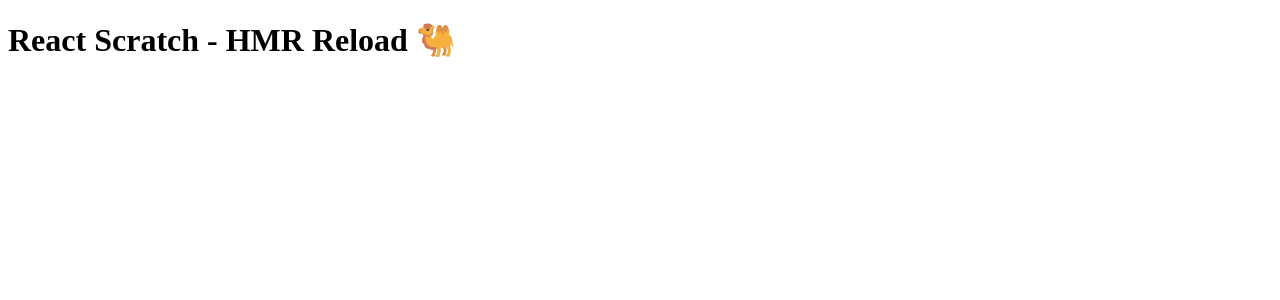
Repository: Chelle77322/ReactScratch
Page: /
An editor plug-in stored every save of this project. The page is shown before and after the next save, followed by the edit.
The browser window is 1280 px wide. The pictures show the whole page.
The project was rebuilt for these pictures with package versions that can differ from the ones it lists, and the page was loaded fresh each time. Also part of the build but not shown: webpack.config.js.

Above is the page before, as saved 2022-12-26 12:16:11.

### public/index.html
<!DOCTYPE html>
<html lang="en">
<head>
  <meta charset="UTF-8">
  <meta name="viewport" content="width=device-width, initial-scale=1.0">
  <title>React App From Scratch</title>
</head>
<body>

  <div id="root"></div>

</body>
</html>

### src/index.js
import React from 'react';
import ReactDOM from 'react-dom';
class App extends React.Component {
  render() {
    return <h1>React Scratch - HMR Reload 🐫</h1>;
    return <p>You did it 🤟 </p>;
    ;
  }
}
ReactDOM.render(<App />, document.getElementById('root'));

After the next save:
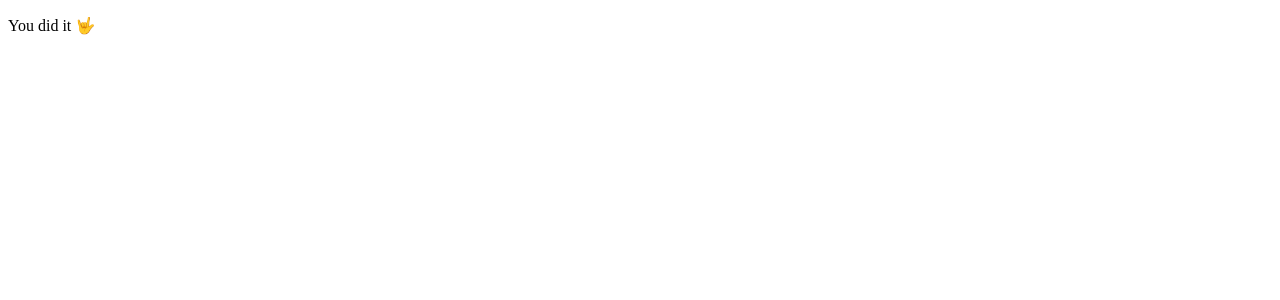
Saved 45 s later.
--- a/src/index.js
+++ b/src/index.js
@@ -2,8 +2,8 @@
 import ReactDOM from 'react-dom';
 class App extends React.Component {
   render() {
-    return <h1>React Scratch - HMR Reload 🐫</h1>;
-    return <p>You did it 🤟 </p>;
+    return <h1>React Scratch - HMR Reload 🐫</h1> ,<p>You did it 🤟 </p> ;
+
     ;
   }
 }

After the save that followed:
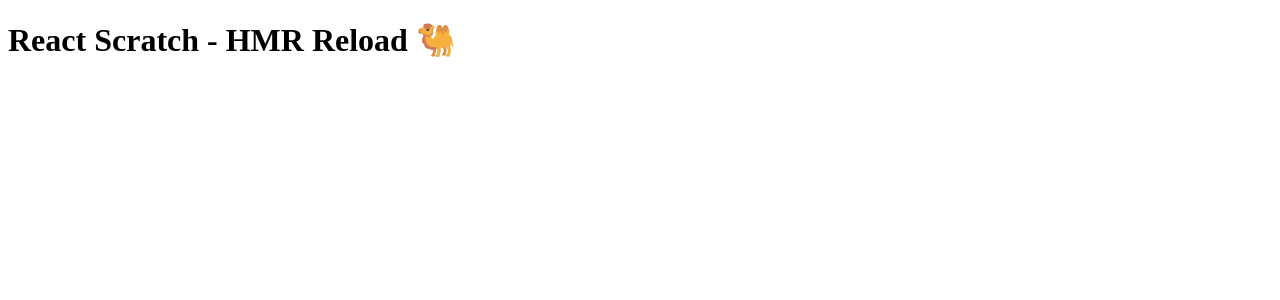
Saved 38 s later.
--- a/src/index.js
+++ b/src/index.js
@@ -2,7 +2,7 @@
 import ReactDOM from 'react-dom';
 class App extends React.Component {
   render() {
-    return <h1>React Scratch - HMR Reload 🐫</h1> ,<p>You did it 🤟 </p> ;
+    return <h1>React Scratch - HMR Reload 🐫</h1>;
 
     ;
   }
